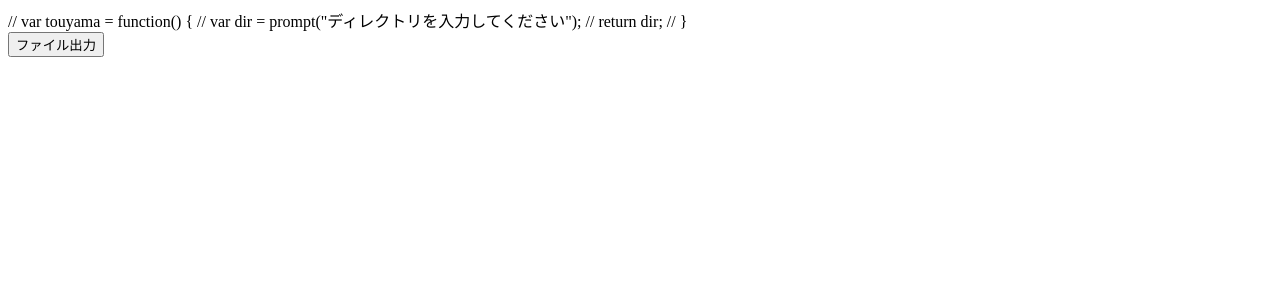
Repository: kaitotouyama/demo
Page: http://localhost/fileoutput
An editor plug-in stored every save of this project. The page is shown before and after the next save, followed by the edit.
The browser window is 1280 px wide. The pictures show the whole page.
The page is this project's Thymeleaf template; nobody is signed in. The template is opened directly, without the code that normally fills it, so the values that code supplies are empty.

Above is the page before, as saved 2020-02-17 04:51:49.

### demo/src/main/resources/templates/fileoutput.html
<!DOCTYPE html>
<html xmlns:th="http://www.thymeleaf.org"
	xmlns:sec="http://www.thymeleaf.org/thymeleaf-extras-springsecurity">
<head>
<meta charset="UTF-8">
<title>ファイル出力</title>

<!-- <script type="text/javascript"> -->
// 	var touyama = function() {
// 		var dir = prompt("ディレクトリを入力してください");
// 		return dir;

// 	}
<!-- </script> -->
</head>
<body>
	<form th:action="@{/fileoutput}" th:object="${file}"
		action="/fileoutput" method="post">
		<input type="submit" name="file" id="file" value="ファイル出力"
			onclick="touyama()">
	</form>
	<table>
		<tr th:each="user : ${User}">
			<td th:text="${user.name}"></td>
		</tr>
	</table>

</body>
</html>

After the next save:
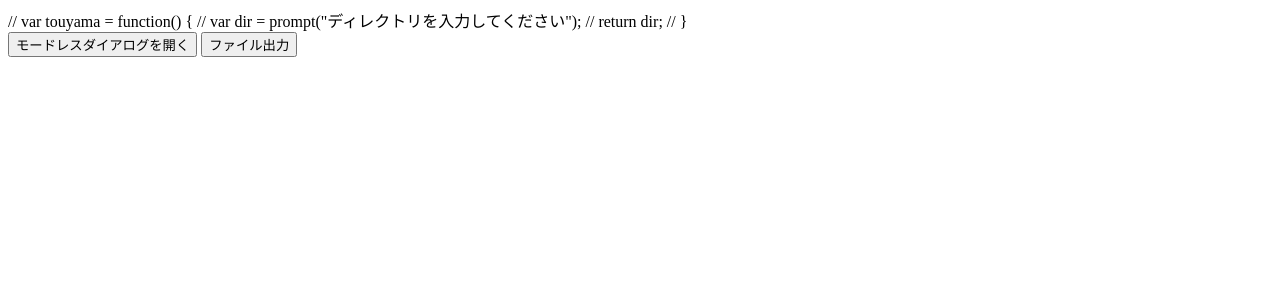
Saved 54 s later.
--- a/demo/src/main/resources/templates/fileoutput.html
+++ b/demo/src/main/resources/templates/fileoutput.html
@@ -6,16 +6,18 @@
 <title>ファイル出力</title>
 
 <!-- <script type="text/javascript"> -->
-// 	var touyama = function() {
-// 		var dir = prompt("ディレクトリを入力してください");
-// 		return dir;
-
-// 	}
+// var touyama = function() { // var dir = prompt("ディレクトリを入力してください"); //
+return dir; // }
 <!-- </script> -->
 </head>
 <body>
 	<form th:action="@{/fileoutput}" th:object="${file}"
 		action="/fileoutput" method="post">
+		<dialog>
+		<p>これはモードレスダイアログです</p>
+		<button id="close">モードレスダイアログを閉じる</button>
+		</dialog>
+		<button id="show">モードレスダイアログを開く</button>
 		<input type="submit" name="file" id="file" value="ファイル出力"
 			onclick="touyama()">
 	</form>
